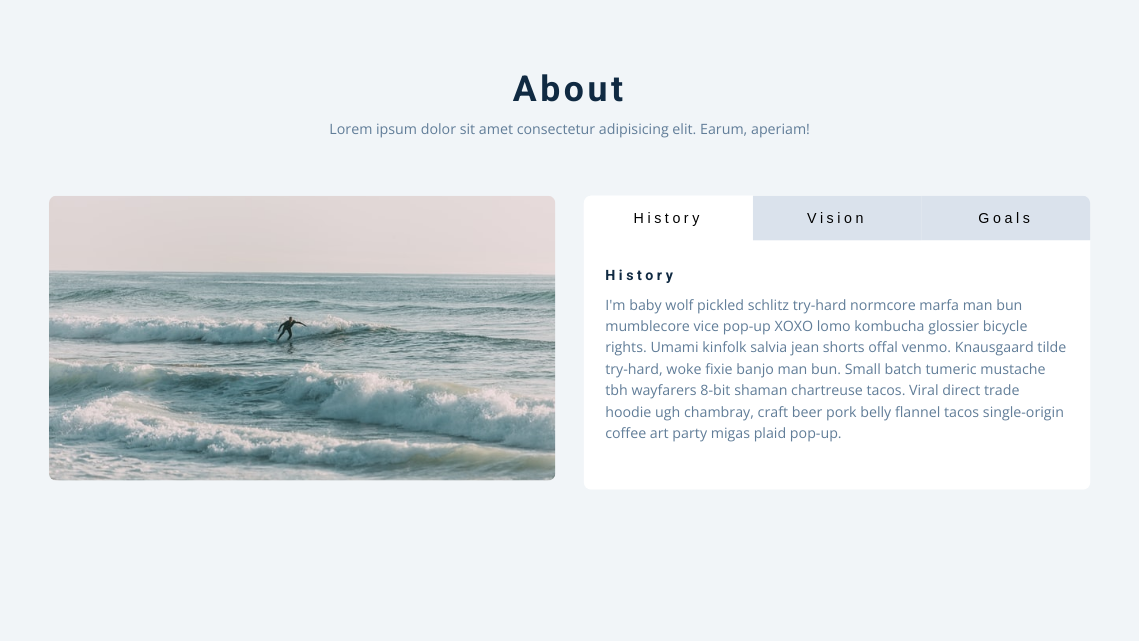
Repository: DogukanSAVA/JavascriptLearn
Page: TabsProject/index.html
An editor plug-in stored every save of this project. The page is shown before and after a run of saves, followed by the edit.
The browser window is 1280 px wide. The pictures show the whole page, at 89% of full size.

Above is the page before, as saved 2021-09-14 15:14:40.

After the next 2 saves:
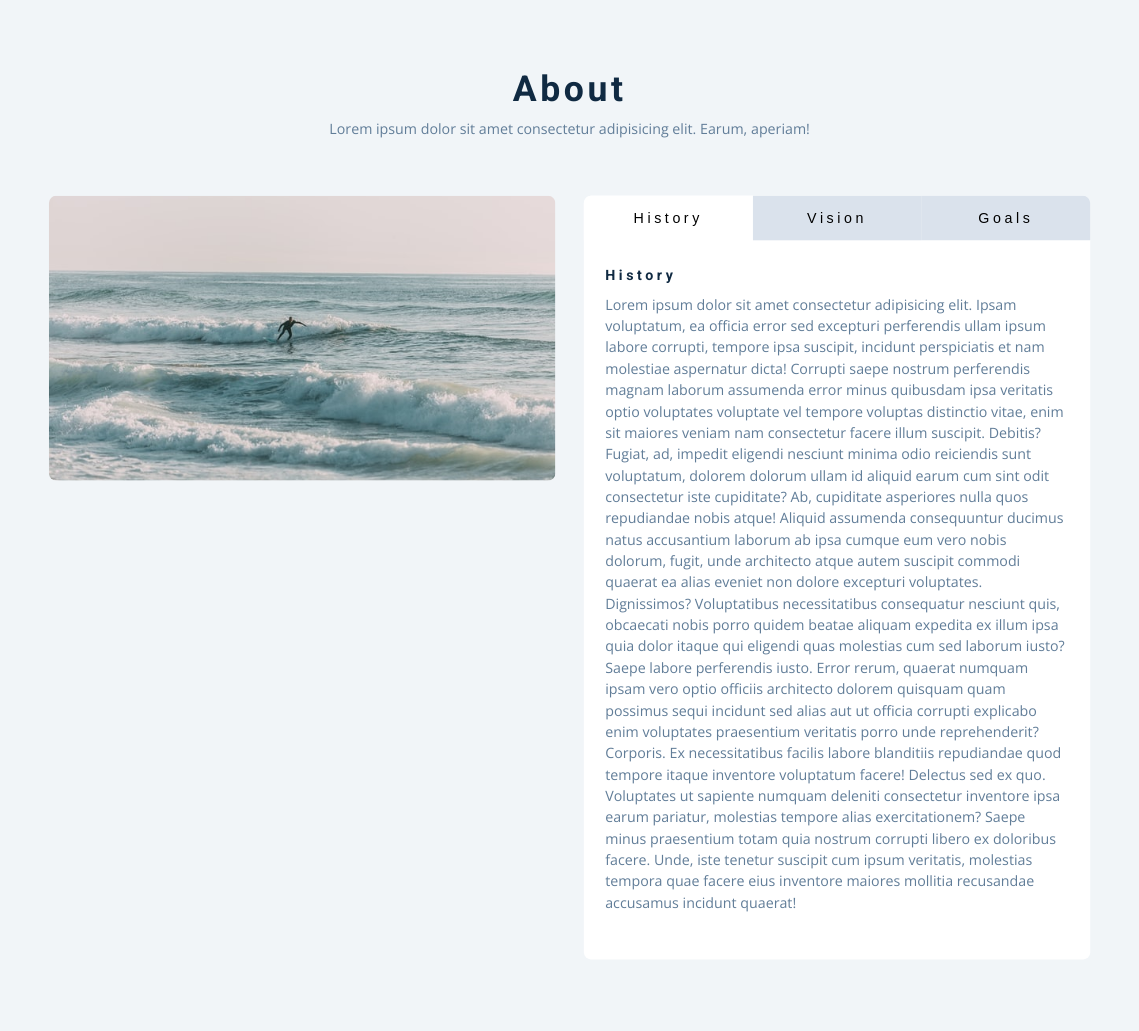
The 2 saves are shown as one change because they came seconds apart.
The last was saved 7 s later.
--- a/TabsProject/index.html
+++ b/TabsProject/index.html
@@ -35,20 +35,14 @@
                                                   <div class="content active" id="history">
                                                             <h4>history</h4>
                                                             <p>
-                                                                      I'm baby wolf pickled schlitz try-hard normcore
-                                                                      marfa man bun
-                                                                      mumblecore vice pop-up XOXO lomo kombucha glossier
-                                                                      bicycle
-                                                                      rights. Umami kinfolk salvia jean shorts offal
-                                                                      venmo. Knausgaard
-                                                                      tilde try-hard, woke fixie banjo man bun. Small
-                                                                      batch tumeric
-                                                                      mustache tbh wayfarers 8-bit shaman chartreuse
-                                                                      tacos. Viral
-                                                                      direct trade hoodie ugh chambray, craft beer pork
-                                                                      belly flannel
-                                                                      tacos single-origin coffee art party migas plaid
-                                                                      pop-up.
+                                                                    Lorem ipsum dolor sit amet consectetur adipisicing elit. Ipsam voluptatum, ea officia error sed excepturi perferendis ullam ipsum labore corrupti, tempore ipsa suscipit, incidunt perspiciatis et nam molestiae aspernatur dicta!
+                                                                    Corrupti saepe nostrum perferendis magnam laborum assumenda error minus quibusdam ipsa veritatis optio voluptates voluptate vel tempore voluptas distinctio vitae, enim sit maiores veniam nam consectetur facere illum suscipit. Debitis?
+                                                                    Fugiat, ad, impedit eligendi nesciunt minima odio reiciendis sunt voluptatum, dolorem dolorum ullam id aliquid earum cum sint odit consectetur iste cupiditate? Ab, cupiditate asperiores nulla quos repudiandae nobis atque!
+                                                                    Aliquid assumenda consequuntur ducimus natus accusantium laborum ab ipsa cumque eum vero nobis dolorum, fugit, unde architecto atque autem suscipit commodi quaerat ea alias eveniet non dolore excepturi voluptates. Dignissimos?
+                                                                    Voluptatibus necessitatibus consequatur nesciunt quis, obcaecati nobis porro quidem beatae aliquam expedita ex illum ipsa quia dolor itaque qui eligendi quas molestias cum sed laborum iusto? Saepe labore perferendis iusto.
+                                                                    Error rerum, quaerat numquam ipsam vero optio officiis architecto dolorem quisquam quam possimus sequi incidunt sed alias aut ut officia corrupti explicabo enim voluptates praesentium veritatis porro unde reprehenderit? Corporis.
+                                                                    Ex necessitatibus facilis labore blanditiis repudiandae quod tempore itaque inventore voluptatum facere! Delectus sed ex quo. Voluptates ut sapiente numquam deleniti consectetur inventore ipsa earum pariatur, molestias tempore alias exercitationem?
+                                                                    Saepe minus praesentium totam quia nostrum corrupti libero ex doloribus facere. Unde, iste tenetur suscipit cum ipsum veritatis, molestias tempora quae facere eius inventore maiores mollitia recusandae accusamus incidunt quaerat!
                                                             </p>
                                                   </div>
                                                   <div class="content" id="vision">
